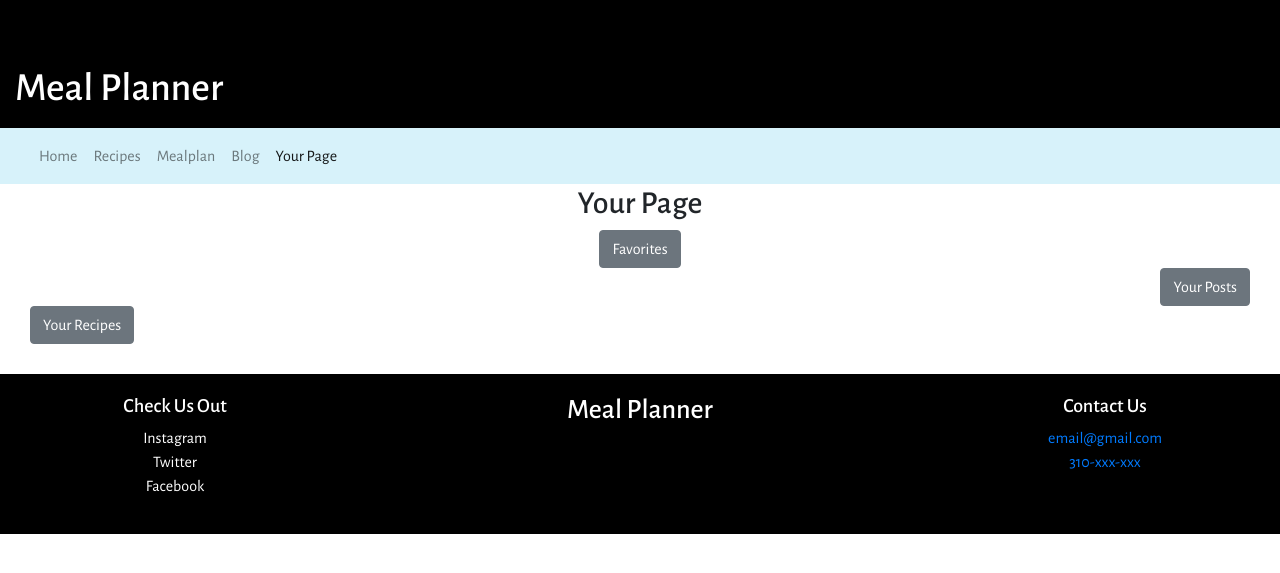
Repository: madisonisfan/mealplanner-react
Page: /yourpage
The author's editor kept a copy of each file at every save. The page is drawn from the files as they stood at one save, then again after the next save.
The browser window is 1280 px wide. The pictures show the whole page.
The project was rebuilt for these pictures with package versions that can differ from the ones it lists, and the page was loaded fresh each time. Also part of the build but not shown: src/components/HomeComponent.js, src/components/LoadingComponent.js, src/components/BlogComponent.js, src/components/RecipePageComponent.js.

Above is the page before, as saved 2021-04-29 18:43:29.

### src/index.js
import React from "react";
import ReactDOM from "react-dom";
import "./index.css";
import reportWebVitals from "./reportWebVitals";
import "typeface-alegreya-sans";
import "font-awesome/css/font-awesome.css";
import "bootstrap-social/bootstrap-social.css";
import "bootstrap/dist/css/bootstrap.min.css";
import App from "./App";

ReactDOM.render(
  //changed React.StrictMode to React.Fragment
  <React.Fragment>
    <App />
  </React.Fragment>,
  document.getElementById("root")
);

// If you want to start measuring performance in your app, pass a function
// to log results (for example: reportWebVitals(console.log))
// or send to an analytics endpoint. Learn more: https://bit.ly/CRA-vitals
reportWebVitals();

### src/App.js
import React, { Component } from "react";
import Main from "./components/MainComponent";
import { BrowserRouter } from "react-router-dom";
import { Provider } from "react-redux";
import { ConfigureStore } from "./redux/configureStore";
import "./App.css";

const store = ConfigureStore();

class App extends Component {
  render() {
    return (
      <Provider store={store}>
        <BrowserRouter>
          <div className="App">
            <Main />
          </div>
        </BrowserRouter>
      </Provider>
    );
  }
}

export default App;

### src/components/MainComponent.js
import React, { Component } from "react";
import Home from "./HomeComponent";
import MainHeader from "./HeaderComponent";
import Footer from "./FooterComponent";
import MainBlogPage from "./BlogComponent";
import YourPage from "./YourPageComponent";
import {
  fetchPosts,
  postNewPost,
  fetchMealtypes,
  fetchRecipes,
} from "../redux/ActionCreators";
import { Switch, Route, Redirect, withRouter } from "react-router-dom";
import { connect } from "react-redux";
import MainRecipePage from "./RecipePageComponent";
import { actions } from "react-redux-form";

const mapStateToProps = (state) => {
  return {
    recipes: state.recipes,
    mealtypes: state.mealtypes,
    posts: state.posts,
  };
};

const mapDispatchToProps = {
  fetchPosts: () => fetchPosts(),
  resetPostForm: () => actions.reset("postForm"),
  addPost: (postType, postContent) => postNewPost(postType, postContent),
  fetchMealtypes: () => fetchMealtypes(),
  fetchRecipes: () => fetchRecipes(),
};

class Main extends Component {
  componentDidMount() {
    this.props.fetchPosts();
    this.props.fetchMealtypes();
    this.props.fetchRecipes();
  }

  render() {
    const RecipeWithMealType = ({ match }) => {
      const type = match.params.mealType;
      const selectedTypeTitle = this.props.mealtypes.mealtypes
        .filter((typeObj) => typeObj.mealType === type)
        .map((typeObj) => typeObj.title);

      if (type === "allRecipes") {
        return (
          <MainRecipePage
            selectedType="All Recipes"
            mealTypes={this.props.mealtypes.mealtypes}
            recipes={this.props.recipes.recipes}
          />
        );
      } else {
        return (
          <MainRecipePage
            selectedType={selectedTypeTitle}
            mealTypes={this.props.mealtypes.mealtypes}
            recipes={this.props.recipes.recipes.filter(
              (recipe) => recipe.mealType === match.params.mealType
            )}
          />
        );
      }
    };

    return (
      <React.Fragment>
        <MainHeader />
        <Switch>
          <Route path="/home" component={Home} />
          <Route path="/recipes/:mealType" component={RecipeWithMealType} />
          <Route
            path="/blog"
            render={() => (
              <MainBlogPage
                posts={this.props.posts.posts}
                postsLoading={this.props.posts.isLoading}
                postsErrMess={this.props.posts.errMess}
                resetPostForm={this.props.resetPostForm}
                addPost={this.props.addPost}
              />
            )}
          />
          <Route path="/yourpage" component={YourPage} />
          <Redirect to="/home" />
        </Switch>
        <Footer />
      </React.Fragment>
    );
  }
}
export default withRouter(connect(mapStateToProps, mapDispatchToProps)(Main));

### src/redux/configureStore.js
import { createStore, combineReducers, applyMiddleware } from "redux";
import { createForms } from "react-redux-form";
import thunk from "redux-thunk";
import logger from "redux-logger";
import { Recipes } from "./recipesReducer";
import { Posts } from "./postsReducer";
import { Mealtypes } from "./mealtypesReducer";
import { InitialPostForm } from "./forms";

const rootReducer = combineReducers({
  recipes: Recipes,
  posts: Posts,
  mealtypes: Mealtypes,
  ...createForms({
    postForm: InitialPostForm,
  }),
});

export const ConfigureStore = () => {
  const store = createStore(rootReducer, applyMiddleware(thunk, logger));
  return store;
};

### src/App.css
.jumbotron {
  height: 100px;
  margin: 0px !important;
  background-color: black !important;
  color: white;
}

body {
  font-family: "Alegreya Sans";
}

.navbar {
  background-color: black;
}

.link {
  color: black;
}

.site-footer {
  margin-top: 30px;
  background-color: black;
  color: white;
  padding: 20px;
}

.meal-type-button {
  background-color: rgb(215, 242, 250);
  margin: 5px;
}

.navbar {
  background-color: rgb(215, 242, 250);
}

.nav-link {
  color: black;
}

.recipeHeader {
  font-family: "Alegreya Sans";
  text-align: center;
  margin-top: 20px;
}
.meal-buttons-col {
  text-align: center;
  margin-bottom: 20px;
}

.add-recipe-butt {
  margin-left: 5px;
  background-color: white;
  color: black;
}

.recipe-img {
  height: 150px;
  width: auto;
  object-fit: cover;
}

.recipe-card {
  max-width: 300px;
  margin-bottom: 20px;
}

.recipe-container-sm {
  width: 90%;
}
.recipe-img-sm {
  height: auto;
  max-width: 200px;
  margin-right: 15px;
}

.recipe-box-sm {
  border: 1px rgb(196, 190, 190) solid;
  padding-left: 0px;
  margin-top: 15px;
}

.recipe-sm-body {
  padding-top: 15px;
  color: black;
}

.recipe-container-big {
}

.favorite-butt {
  color: black;
  position: absolute;
  right: 0px;
  bottom: 0px;
  margin-bottom: 5px;
  margin-right: 8px;
}

.blog-container {
  max-width: 750px;
}

.post-row {
  border: 1px rgb(196, 190, 190) solid;
  margin-bottom: 10px;
  border-radius: 5px;
  padding: 10px;
}

.create-post-butt {
  margin-bottom: 15px;
}

#post-header-line {
  /*border: solid black 1px;*/
  border-bottom: solid grey 1px; /*maybe $grey-border ?? */
  margin-bottom: 10px;
}

.post-row h4 {
  margin: 0;
}

.post-date {
  color: dark grey;
  font-size: 13px;
  height: 25px;
}

.create-post-modal {
  padding: 10px;
}
.create-post-row {
  margin-top: 10px;
}

.create-post-header {
}

.modal-header {
  text-align: center;
}

### src/components/HeaderComponent.js
import React, { Component } from "react";
import {
  Jumbotron,
  Navbar,
  NavItem,
  NavbarToggler,
  Collapse,
  Nav,
} from "reactstrap"; //NavbarBrand,
import { NavLink } from "react-router-dom";

function MainHeader(props) {
  return (
    <React.Fragment>
      <Jumbotron fluid>
        <div className="container-fluid">
          <div className="row  align-items-center">
            <div className="col">
              <h1>Meal Planner</h1>
            </div>
          </div>
        </div>
      </Jumbotron>
      <MainNav />
    </React.Fragment>
  );
}

class MainNav extends Component {
  constructor(props) {
    super(props);
    this.state = {
      isNavOpen: false,
    };
    this.toggleNav = this.toggleNav.bind(this);
  }
  toggleNav() {
    this.setState({ isNavOpen: !this.state.isNavOpen });
  }

  render() {
    return (
      <Navbar light sticky="top" expand="md">
        <div className="container-fluid">
          <NavbarToggler onClick={this.toggleNav}></NavbarToggler>
          <Collapse isOpen={this.state.isNavOpen} navbar>
            <Nav navbar>
              <NavItem>
                <NavLink className="nav-link" to="/home">
                  Home
                </NavLink>
              </NavItem>
              <NavItem>
                <NavLink className="nav-link" to="/recipes/allRecipes">
                  Recipes
                </NavLink>
              </NavItem>
              <NavItem>
                <NavLink className="nav-link" to="/mealplan">
                  Mealplan
                </NavLink>
              </NavItem>
              <NavItem>
                <NavLink className="nav-link" to="/blog">
                  Blog
                </NavLink>
              </NavItem>
              <NavItem>
                <NavLink className="nav-link" to="/yourpage">
                  Your Page
                </NavLink>
              </NavItem>
            </Nav>
          </Collapse>
        </div>
      </Navbar>
    );
  }
}

export default MainHeader;

### src/components/FooterComponent.js
import React from "react";

function Footer() {
  return (
    <footer className="site-footer">
      <div className="container-fluid">
        <div className="row">
          <div className="col col-sm-3 text-center">
            <h5>Check Us Out</h5>
            <ul class="list-unstyled">
              <li>Instagram</li>
              <li>Twitter</li>
              <li>Facebook</li>
            </ul>
          </div>

          <div class="col-6 text-center d-none d-sm-block">
            <h3>Meal Planner</h3>
          </div>

          <div class="col col-sm-3 text-center">
            <h5>Contact Us</h5>
            <ul class="list-unstyled">
              <li>
                <a href="/#">email@gmail.com</a>
              </li>
              <li>
                <a href="/#">310-xxx-xxx</a>
              </li>
            </ul>
          </div>
        </div>
      </div>
      {/*Container */}
    </footer>
  );
}

export default Footer;

### src/components/YourPageComponent.js
import React from "react";
import { Row, Col, Button } from "reactstrap";

function MainYourPage(props) {
  return (
    <React.Fragment>
      <div className="container-fluid">
        <Row>
          <Col xs={12}>
            <h2 className="text-center">Your Page</h2>
          </Col>
        </Row>
        <Row>
          <Col xs={12} className="d-flex justify-content-center">
            <Button>Favorites</Button>
          </Col>
        </Row>
        <Col className="d-flex justify-content-end">
          <Button>Your Posts</Button>
        </Col>
        <Col className="d-flex justify-content-start">
          <Button>Your Recipes</Button>
        </Col>
      </div>
    </React.Fragment>
  );
}

export default MainYourPage;

### src/redux/ActionCreators.js
import * as ActionTypes from "./ActionTypes";
import { POSTS } from "../shared/posts";
import { MEALTYPES } from "../shared/mealTypes";
import { RECIPES } from "../shared/recipes";

export const fetchPosts = () => (dispatch) => {
  dispatch(postsLoading());

  setTimeout(() => {
    dispatch(addPosts(POSTS));
    //console.log(`POSTS from act creators:${POSTS}`);
  }, 2000);
};

export const addPosts = (posts) => ({
  type: ActionTypes.ADD_POSTS,
  payload: posts,
});

export const postsFailed = (errMess) => ({
  type: ActionTypes.POSTS_FAILED,
  payload: errMess,
});

export const postsLoading = () => ({
  type: ActionTypes.POSTS_LOADING,
});

export const postNewPost = (postType, postContent) => (dispatch) => {
  const newPost = {
    postType: postType,
    postContent: postContent,
  };
  newPost.date = new Date().toISOString();
  newPost.author = "random author";

  dispatch(addPost(newPost));
};

export const addPost = (post) => ({
  type: ActionTypes.ADD_POST,
  payload: post,
});

export const fetchMealtypes = () => (dispatch) => {
  dispatch(addMealtypes(MEALTYPES));
};

export const addMealtypes = (mealtypes) => ({
  type: ActionTypes.ADD_MEALTYPES,
  payload: mealtypes,
});

export const fetchRecipes = () => (dispatch) => {
  dispatch(addRecipes(RECIPES));
};

export const addRecipes = (recipes) => ({
  type: ActionTypes.ADD_RECIPES,
  payload: recipes,
});

### src/redux/recipesReducer.js
import * as ActionTypes from "./ActionTypes";

export const Recipes = (
  state = { isLoading: true, errMess: null, recipes: [] },
  action
) => {
  switch (action.type) {
    case ActionTypes.ADD_RECIPES:
      return {
        ...state,
        isLoading: false,
        errMess: null,
        recipes: action.payload,
      };
    default:
      return state;
  }
};

### src/redux/postsReducer.js
import * as ActionTypes from "./ActionTypes";

export const Posts = (
  state = {
    isLoading: true,
    errMess: null,
    posts: [],
  },
  action
) => {
  switch (action.type) {
    case ActionTypes.ADD_POSTS:
      return {
        ...state,
        isLoading: false,
        errMess: null,
        posts: action.payload,
      };
    case ActionTypes.POSTS_LOADING:
      return { ...state, isLoading: true, errMess: null, posts: [] };
    case ActionTypes.POSTS_FAILED:
      return { ...state, isLoading: false, errMess: action.payload };
    case ActionTypes.ADD_POST:
      const post = action.payload;
      return { ...state, posts: state.posts.concat(post) };
    default:
      return state;
  }
};

### src/redux/mealtypesReducer.js
import * as ActionTypes from "./ActionTypes";

export const Mealtypes = (state = { mealtypes: [], errMess: null }, action) => {
  switch (action.type) {
    case ActionTypes.ADD_MEALTYPES:
      return { ...state, mealtypes: action.payload, errMess: null };
    default:
      return state;
  }
};

### src/redux/forms.js
export const InitialPostForm = {
  postType: "Post Type",
  postContent: "",
};

### src/redux/ActionTypes.js
export const ADD_POSTS = "ADD_POSTS";
export const ADD_POST = "ADD_POST";
export const POSTS_LOADING = "POSTS_LOADING";
export const POSTS_FAILED = "POSTS_FAILED";

export const ADD_RECIPES = "ADD_RECIPES";

export const ADD_MEALTYPES = "ADD_MEALTYPES";

### src/shared/posts.js
export const POSTS = [
  {
    id: 0,
    author: "Madison",
    date: "today",
    postType: "post",
    postContent: "first post",
  },
  {
    id: 2,
    author: "Madison",
    date: "today",
    postType: "post",
    postContent: "second post",
  },
];

### src/shared/mealTypes.js
export const MEALTYPES = [
  {
    id: 0,
    mealType: "allRecipes",
    title: "All Recipes",
  },
  {
    id: 1,
    mealType: "breakfast",
    title: "Breakfast",
  },
  {
    id: 2,
    mealType: "lunchDinner",
    title: "Lunch & Dinner",
  },
  {
    id: 3,
    mealType: "snacks",
    title: "Snacks",
  },
  {
    id: 4,
    mealType: "drinks",
    title: "Drinks",
  },
];

### src/shared/recipes.js
export const RECIPES = [
  {
    id: 0,
    name: "pasta",
    mealType: "lunchDinner",
    description: "yummy pasta",
    image: "/assets/images/food1.jpg",
  },
  {
    id: 1,
    name: "salad",
    mealType: "lunchDinner",
    description: "healthy salad",
    image: "/assets/images/food2.jpg",
  },
  {
    id: 2,
    name: "pancakes",
    mealType: "breakfast",
    description: "pancakessss",
    image: "/assets/images/food4.jpg",
  },
  {
    id: 3,
    name: "sandwich",
    mealType: "lunchDinner",
    description: "yummy sandwhich",
    image: "/assets/images/food4.jpg",
  },
  {
    id: 4,
    name: "smoothie",
    mealType: "drinks",
    description: "fruity smoothie",
    image: "/assets/images/food4.jpg",
  },
];

Loaded but not shown: public/index.html (common file); src/index.css (common file); src/reportWebVitals.js (common file)

After the next save:
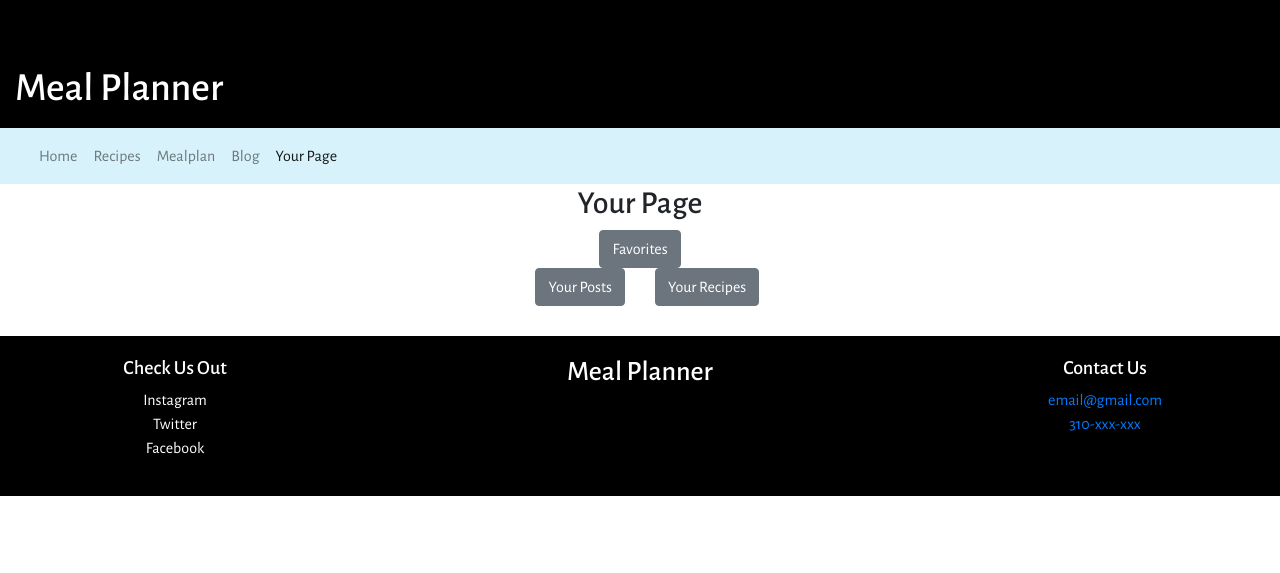
Saved 8 s later.
--- a/src/components/YourPageComponent.js
+++ b/src/components/YourPageComponent.js
@@ -15,12 +15,14 @@ function MainYourPage(props) {
             <Button>Favorites</Button>
           </Col>
         </Row>
-        <Col className="d-flex justify-content-end">
-          <Button>Your Posts</Button>
-        </Col>
-        <Col className="d-flex justify-content-start">
-          <Button>Your Recipes</Button>
-        </Col>
+        <Row>
+          <Col className="d-flex justify-content-end">
+            <Button>Your Posts</Button>
+          </Col>
+          <Col className="d-flex justify-content-start">
+            <Button>Your Recipes</Button>
+          </Col>
+        </Row>
       </div>
     </React.Fragment>
   );
